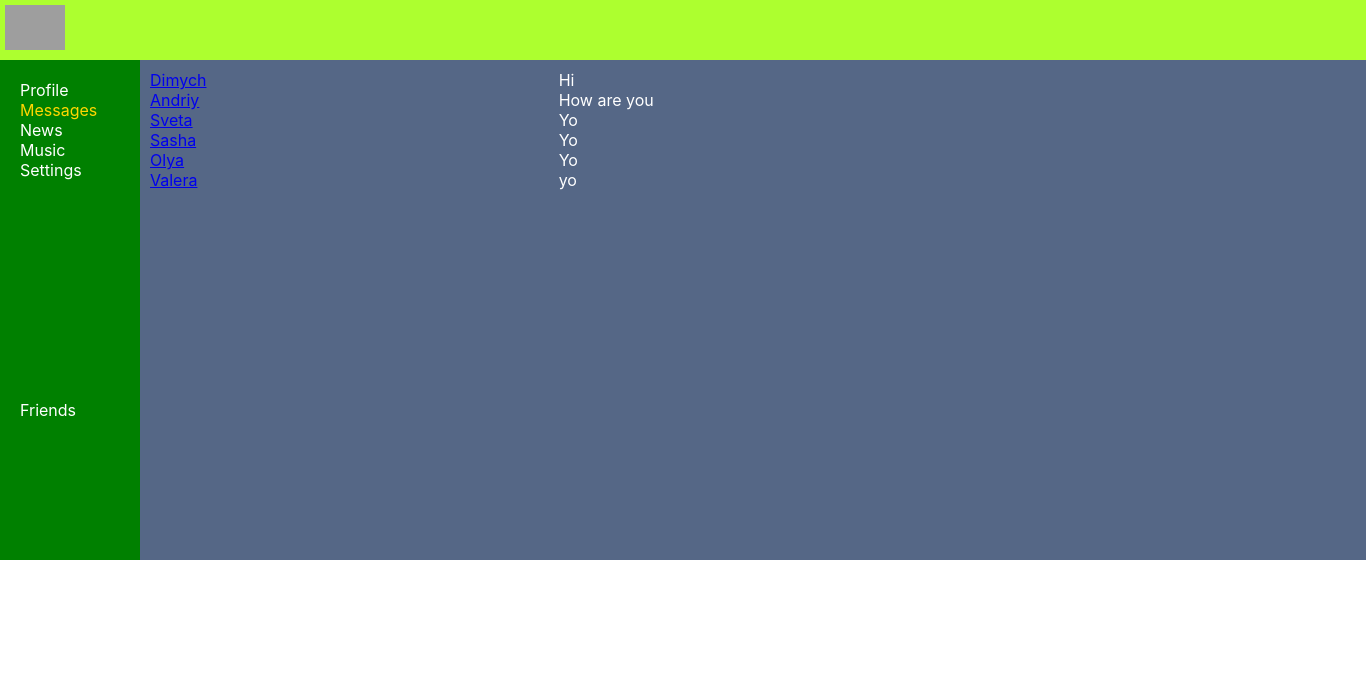
Repository: AndreyMykulych/FirstProject
Page: /dialogs
An editor plug-in stored every save of this project. The page is shown before and after the next save, followed by the edit.
The browser window is 1280 px wide. The page is 1366 px wide, so the pictures cover 1366 px, including what lies to the right of the window. The pictures show the whole page.
Pictures or frames that could not be fetched are drawn as grey boxes. The project was rebuilt for these pictures with package versions that can differ from the ones it lists, and the page was loaded fresh each time. Also part of the build but not shown: src/components/Profile/MyPosts/MyPosts.module.css, src/components/Profile/MyPosts/Post/Post.module.css, src/components/Profile/MyPosts/Post/Post.jsx, src/components/Profile/MyPosts/MyPosts.jsx, src/components/Profile/ProfileInfo/ProfileInfo.module.css, src/components/Profile/ProfileInfo/ProfileInfo.jsx, src/components/Profile/Profile.jsx.

Above is the page before, as saved 2022-06-08 20:23:05.

### src/index.js
import React from 'react';
import ReactDOM from 'react-dom/client';
import './index.css';
import App from './App';
import reportWebVitals from './reportWebVitals';
import state from './redux/state';

const root = ReactDOM.createRoot(document.getElementById('root'));
root.render(
  <React.StrictMode>
        <App state={state}/>
  </React.StrictMode>
);
// If you want to start measuring performance in your app, pass a function
// to log results (for example: reportWebVitals(console.log))
// or send to an analytics endpoint. Learn more: https://bit.ly/CRA-vitals
reportWebVitals();

### src/App.js
import logo from './logo.svg';
import React from 'react';
import './App.css';
import Header from './components/Header/Header';
import Navbar from './components/Navbar/Navbar';
import Profile from './components/Profile/Profile';
import Dialogs from './components/Dialogs/Dialogs';
import { BrowserRouter, Route, Router, Switch, Link, Routes } from 'react-router-dom';
import Friends from './components/Sidebar/sidebarFriends';

const App = (props) => {

  return (
    <BrowserRouter>
      <div className='app-wrapper'>
        <Header />
              <Navbar />
              < Friends />
        <div class='app-wrapper-content'>
          <Routes>
                      <Route path="/profile" element={<Profile state={props.state.profilePage} />}></Route>
                      <Route path="/dialogs" element={<Dialogs state={props.state.messagesPage} />}></Route>
                      <Route path="/friends" element={<Friends state={props.state.messagesPage} />}></Route>
          </Routes>
        </div>
      </div>
    </BrowserRouter>
  );
}

export default App;

### src/redux/state.js
let state = {
    profilePage: {
        posts : [
            { id: 1, message: 'Hi,how are u?', likescount: 15 },
            { id: 2, message: 'its my first post ', likescount: 11 },
            { id: 3, message: 'blalbalbla ', likescount: 13 },
            { id: 4, message: 'megogo ', likescount: 0 },
        ],
    },
   messagesPage: {
    dialogs : [
        { id: 1, name: "Dimych" ,  img : 'https://dynamicmedia.livenationinternational.com/Media/z/d/d/93ededb5-9864-45ac-89b9-49861b4899f8.jpg'},
        { id: 2, name: "Andriy" },
        { id: 3, name: "Sveta" },
        { id: 4, name: "Sasha" },
        { id: 5, name: "Olya" },
        { id: 6, name: "Valera" },
    ],
    messages : [
        { id: 1, message: "Hi" },
        { id: 2, message: "How are you" },
        { id: 3, message: "Yo" },
        { id: 4, message: "Yo" },
        { id: 5, message: "Yo" },
        { id: 6, message: "yo" },
    ]
   }
}
export default state;

### src/App.css

.app-wrapper {
  margin: 0 auto;
  display: grid;
  width: 1366px;
  grid-template-areas:
    "h h"
    "n c";

    grid-template-rows: 60px 1fr;
    grid-template-columns: 2fr 10fr;

  grid-gap: 0px;
}

.app-wrapper-content {
  grid-area: c;
  background-color: rgb(85, 103, 134);
}

### src/components/Header/Header.jsx
import React from 'react';
import s from './Header.module.css'
const Header = () => {
   return <header className={s.header}>
      <img src='https://seeklogo.com/images/C/company-name-logo-09881CAD1A-seeklogo.com.png' />
   </header>
}
export default Header;

### src/components/Navbar/Navbar.jsx
import React from 'react';
import { NavLink } from 'react-router-dom';
import s from './Navbar.module.css'
const Navbar = (props) => {
   return (
      <nav className={s.nav}>
         <div className={s.item}>
            <NavLink to ='/profile' className={({isActive}) => isActive ? s.activeLink : ''}>Profile</NavLink>
         </div>
         <div className={s.item}>
            <NavLink to='dialogs' className={ ({isActive})=> !isActive ?  '': s.activeLink}>Messages</NavLink>
         </div>
         <div className={s.item}>
            <NavLink to='news' >News</NavLink>
         </div>
         <div className={s.item}>
            <NavLink to='music' >Music</NavLink>
         </div>
         <div className={s.item}>
            <NavLink to='settings'>Settings</NavLink>
           </div>
           <div>
           <div className={s.item}>
            <NavLink to ='/friends' className={s.friendsBtn} >Friends</NavLink>
               </div>
               </div>
      </nav>
   )
}
export default Navbar;

### src/components/Dialogs/Dialogs.jsx
import React from "react";
import s from './Dialogs.module.css'
import { NavLink } from 'react-router-dom';
import DialogName from "./DialogName/DialogName";
import DialogMessage from "./DialogMessage/DialogMessage";
const Dialogs = (props) => {


    let dialogElements = props.state.dialogs.map(d => <DialogName name={d.name} id={d.id} />)
    let messagesElements = props.state.messages.map(m => <DialogMessage message={m.message} />)
    return (
        <div className={s.dialogs}>
            <div className={s.dialogsNames}>
                {dialogElements}
            </div>

            <div className={s.messages}>
                {messagesElements}

            </div>
        </div>


    )
}

export default Dialogs;

### src/components/Header/Header.module.css
.header {
   grid-area: h;
   background-color: greenyellow;
   max-height: 60px;
 }

 .header img {
   width: 60px;
   padding: 5px;
 }

### src/components/Navbar/Navbar.module.css
.nav {
   grid-area: n;
   background-color: Green;
   padding: 20px;
   width :100px
 }

 .item a {
    color: white;
    text-decoration: none;
 }
 .item a.activeLink {
    color: gold;
 }

 .item a.activetedLink {
    color: red
 }

 .item .friendsBtn {
     color : white;
     position : absolute;
     top :400px
 }

### src/components/Dialogs/Dialogs.module.css
.dialogs {
    display: grid;
    height: 500px;
    width: 1226px;
    grid-template-columns: 2fr 4fr;

}
.dialogsNames{
    padding: 10px;


}
.dialog{
   color: white;

}

.messages {
    padding: 10px;

}

.message {
    color: white;

}

### src/components/Dialogs/DialogName/DialogName.jsx
import React from "react";
import s from './../Dialogs.module.css'
import { NavLink } from 'react-router-dom';


const DialogName = (props) => {
    let path = "/dialogs/" + props.id;
    return (
        <div className={s.dialog + ' ' + s.active}>
            <NavLink to={path} className isActiveDialog={({ isActiveDialog }) => isActiveDialog ? s.activeLink : ''}>{props.name}</NavLink>
        </div>)
}

export default DialogName;

### src/components/Dialogs/DialogMessage/DialogMessage.jsx
import React from "react";
import s from './../Dialogs.module.css'

const DialogMessage = (props) => {
    return (
        <div className={s.message}>{props.message}</div>)

}



export default DialogMessage;

### src/components/Sidebar/sidebarFriends.jsx
import React from "react";


const Friends = () => {
    return
    <div>
        <div>
            fsdaf
        </div>
    </div>
}



export default Friends

Loaded but not shown: src/index.css (common file); src/reportWebVitals.js (common file); src/components/Profile/Profile.module.css (no stored copy; drawn as an empty file)

After the next save:
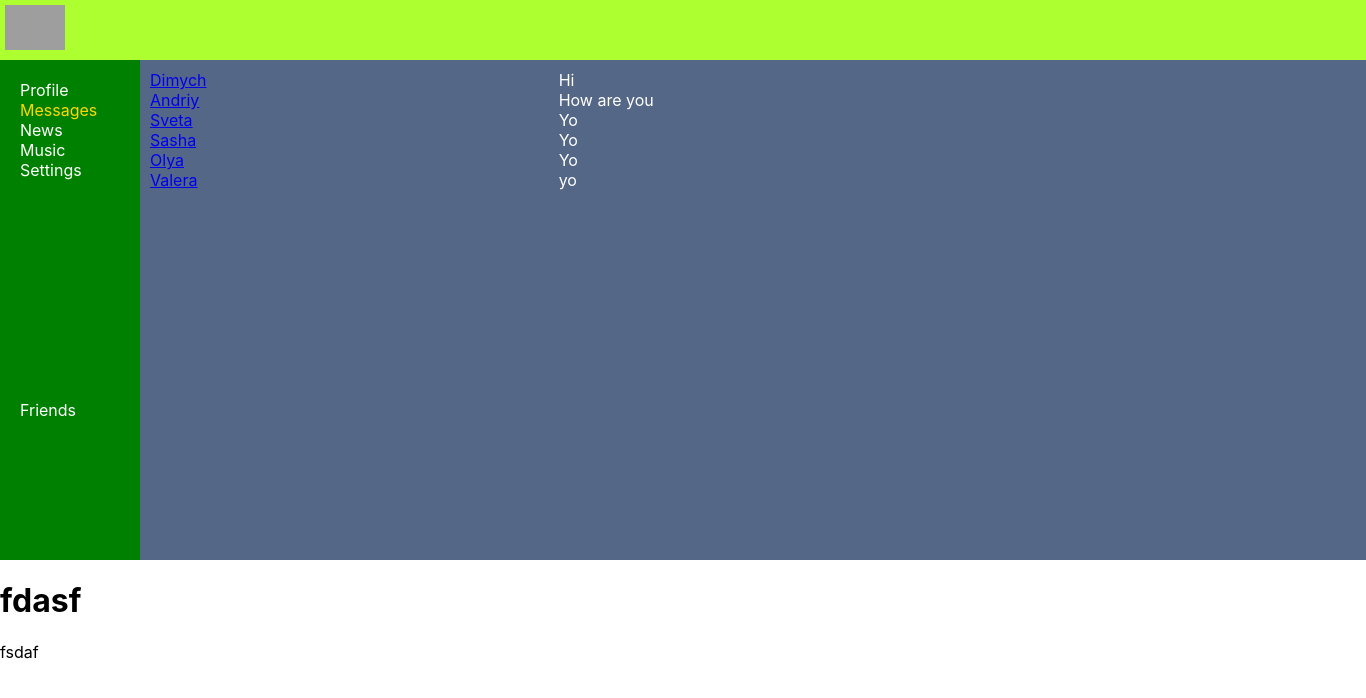
Saved 49 s later.
--- a/src/components/Sidebar/sidebarFriends.jsx
+++ b/src/components/Sidebar/sidebarFriends.jsx
@@ -2,13 +2,14 @@ import React from "react";
 
 
 const Friends = () => {
-    return
-    <div>
+    return (
         <div>
-            fsdaf
+            <div>
+                <h1>fdasf</h1>
+                fsdaf
+            </div>
         </div>
-    </div>
-}
+)}
 
 
 

After the save that followed:
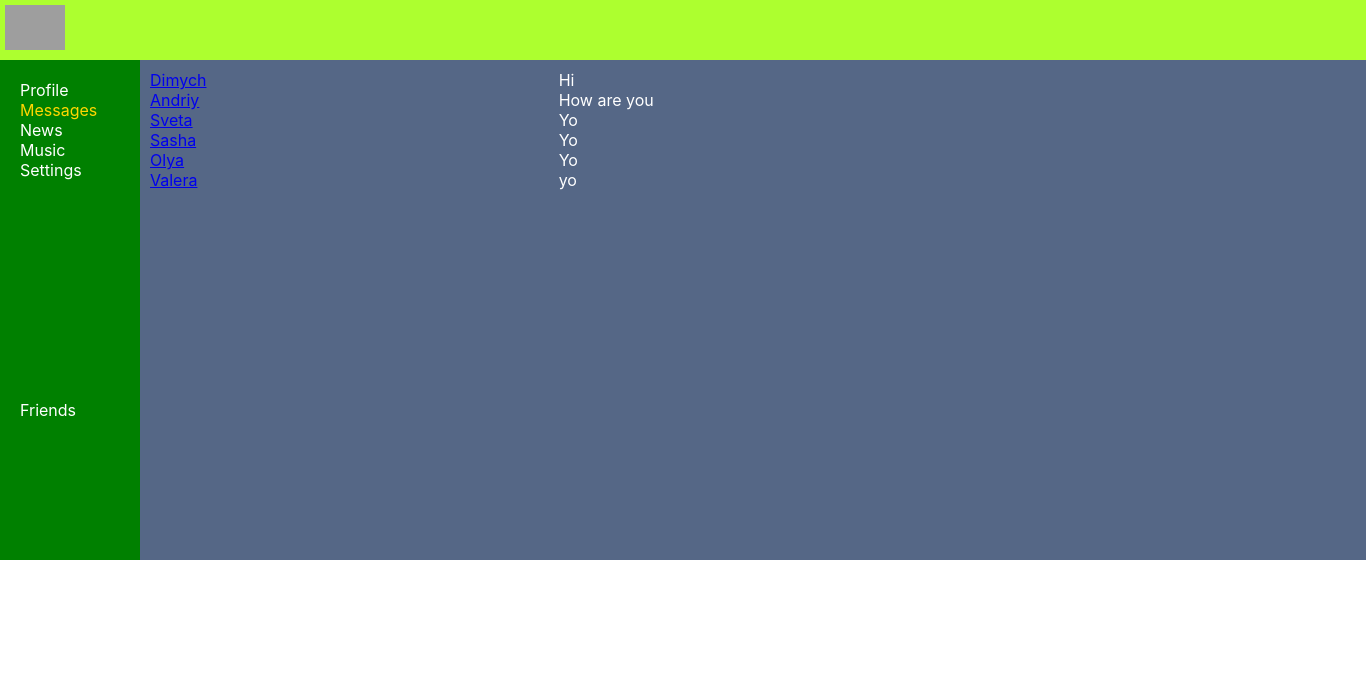
Saved 39 s later.
--- a/src/App.js
+++ b/src/App.js
@@ -15,7 +15,7 @@ const App = (props) => {
       <div className='app-wrapper'>
         <Header />
               <Navbar />
-              < Friends />
+
         <div class='app-wrapper-content'>
           <Routes>
                       <Route path="/profile" element={<Profile state={props.state.profilePage} />}></Route>
